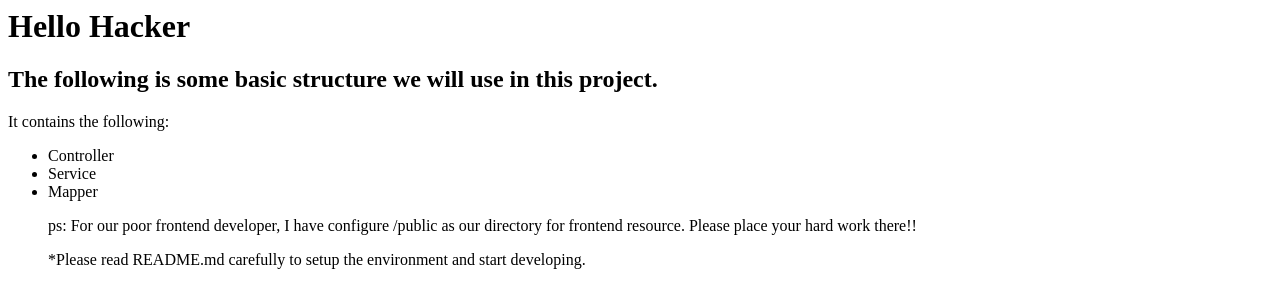
Repository: chenhongye11/DiDongBaBong
Page: didongbabong/src/main/webapp/public/index.html
These files come from the project's save history. The page is drawn as it stood at one moment and after the next save; the edit follows.
The browser window is 1280 px wide. The pictures show the whole page.

Above is the page before, as saved 2021-01-30 01:44:02.

### didongbabong/src/main/webapp/public/index.html
<html>
<h1>Hello Hacker</h1>
<h2>The following is some basic structure we will use in this project.</h2>
<p>It contains the following:</p>
<ul>
<li>Controller</li>
<li>Service</li>
<li>Mapper</li>

<p>ps: For our poor frontend developer, I have configure /public as our directory for frontend resource. Please place your hard work there!!</p>
<div>*Please read README.md carefully to setup the environment and start developing.</div>

</ul>
</html>

After the next save:
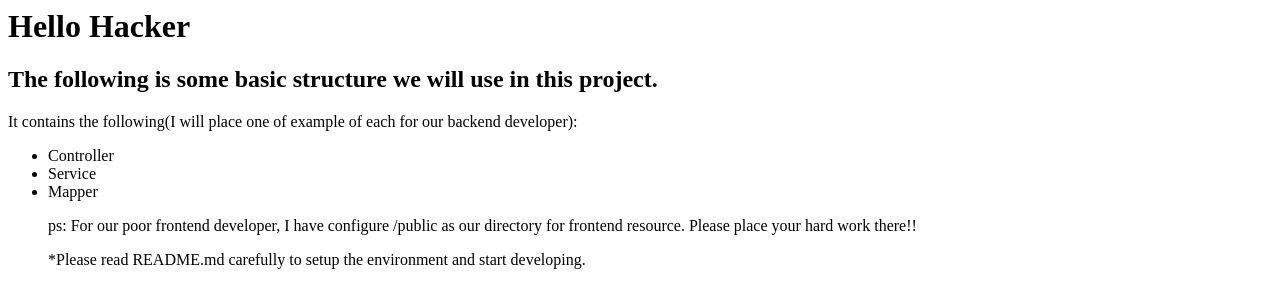
Saved 35 s later.
--- a/didongbabong/src/main/webapp/public/index.html
+++ b/didongbabong/src/main/webapp/public/index.html
@@ -1,7 +1,7 @@
 <html>
 <h1>Hello Hacker</h1>
 <h2>The following is some basic structure we will use in this project.</h2>
-<p>It contains the following:</p>
+<p>It contains the following(I will place one of example of each for our backend developer):</p>
 <ul>
 <li>Controller</li>
 <li>Service</li>
